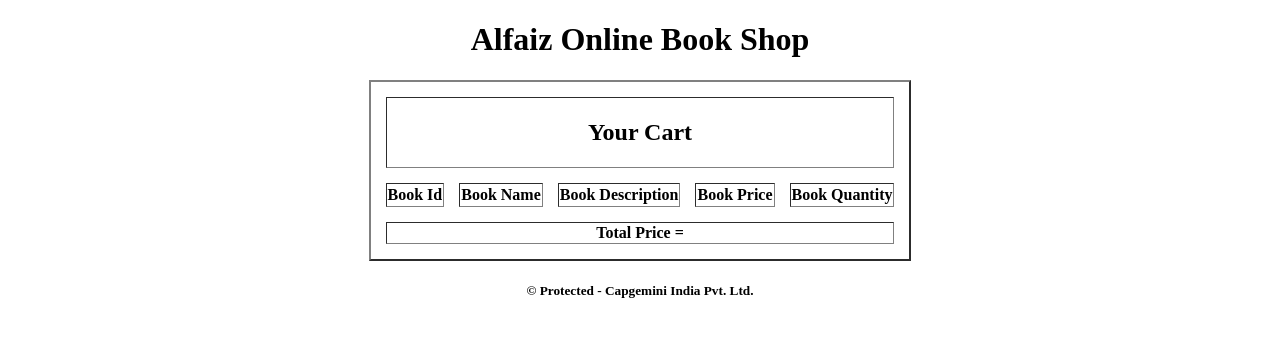
Repository: Rccalfa123/OnlineShopingCart
Page: http://localhost/OnlineBookShopping_Servlet-JSP/Cart.jsp
The author's editor kept a copy of each file at every save. The page is drawn from the files as they stood at one save, then again after the next save.
The browser window is 1280 px wide. The pictures show the whole page.
The page is served by Tomcat 9.

Above is the page before, as saved 2018-08-09 13:25:32.

After the next save:
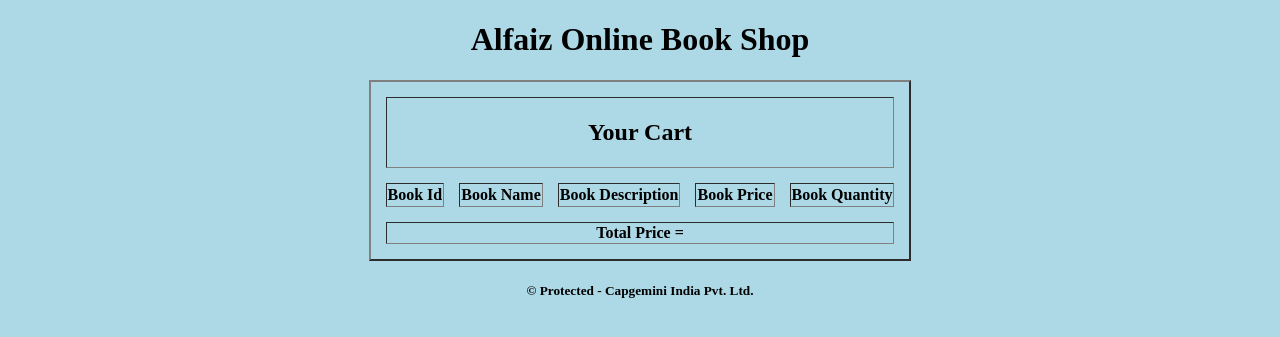
Saved 4 min 48 s later.
--- a/OnlineBookShopping_Servlet-JSP/WebContent/Cart.jsp
+++ b/OnlineBookShopping_Servlet-JSP/WebContent/Cart.jsp
@@ -4,6 +4,14 @@
 <!DOCTYPE html>
 <html>
 <head>
+<style type="text/css">
+
+body {
+	background-color: lightBlue;
+}
+
+</style>
+
 <meta charset="ISO-8859-1">
 <title>Cart</title>
 </head>
